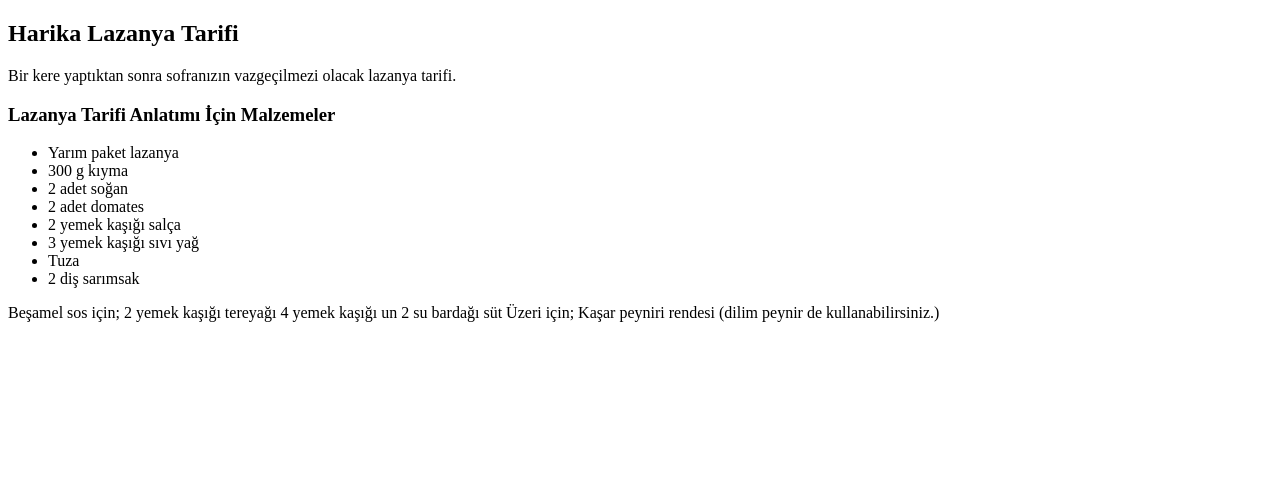
Repository: rizacantire/html
Page: Odev3/index.html
These files come from the project's save history. The page is drawn as it stood at one moment and after the next save; the edit follows.
The browser window is 1280 px wide. The pictures show the whole page.

Above is the page before, as saved 2021-12-06 23:59:52.

After the next save:
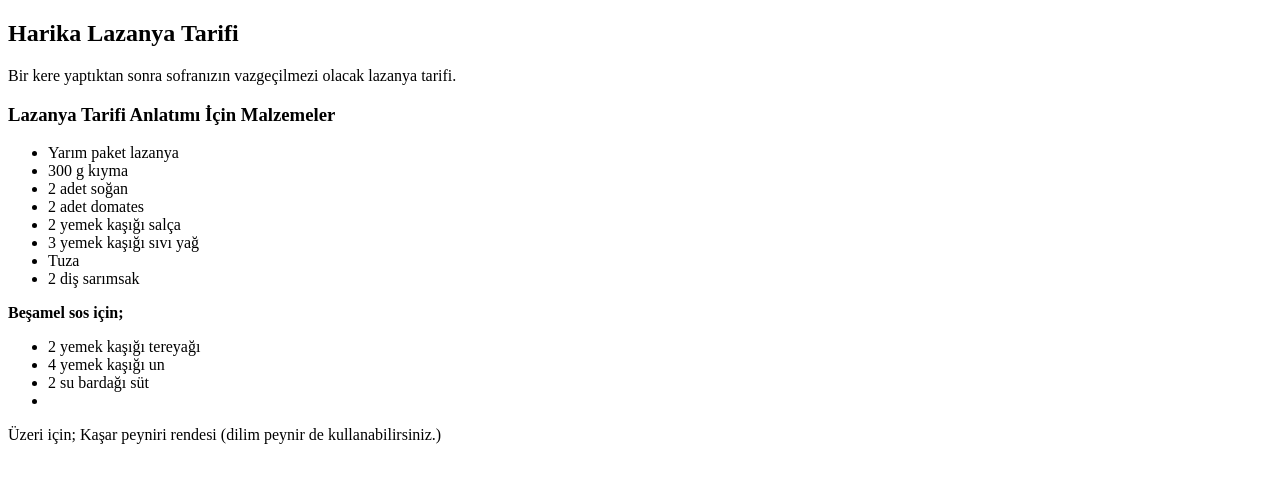
Saved 39 s later.
--- a/Odev3/index.html
+++ b/Odev3/index.html
@@ -31,11 +31,16 @@
                 <li>Tuza</li>
                 <li>2 diş sarımsak</li>
             </ul>
-            Beşamel sos için;
+            <b>Beşamel sos için;</b>
+            <ul>
 
-2 yemek kaşığı tereyağı
-4 yemek kaşığı un
-2 su bardağı süt
+
+                <li>2 yemek kaşığı tereyağı</li>
+                <li>4 yemek kaşığı un</li>
+                <li>2 su bardağı süt</li>
+                <li></li>
+            </ul>
+
 Üzeri için;
 
 Kaşar peyniri rendesi (dilim peynir de kullanabilirsiniz.)
